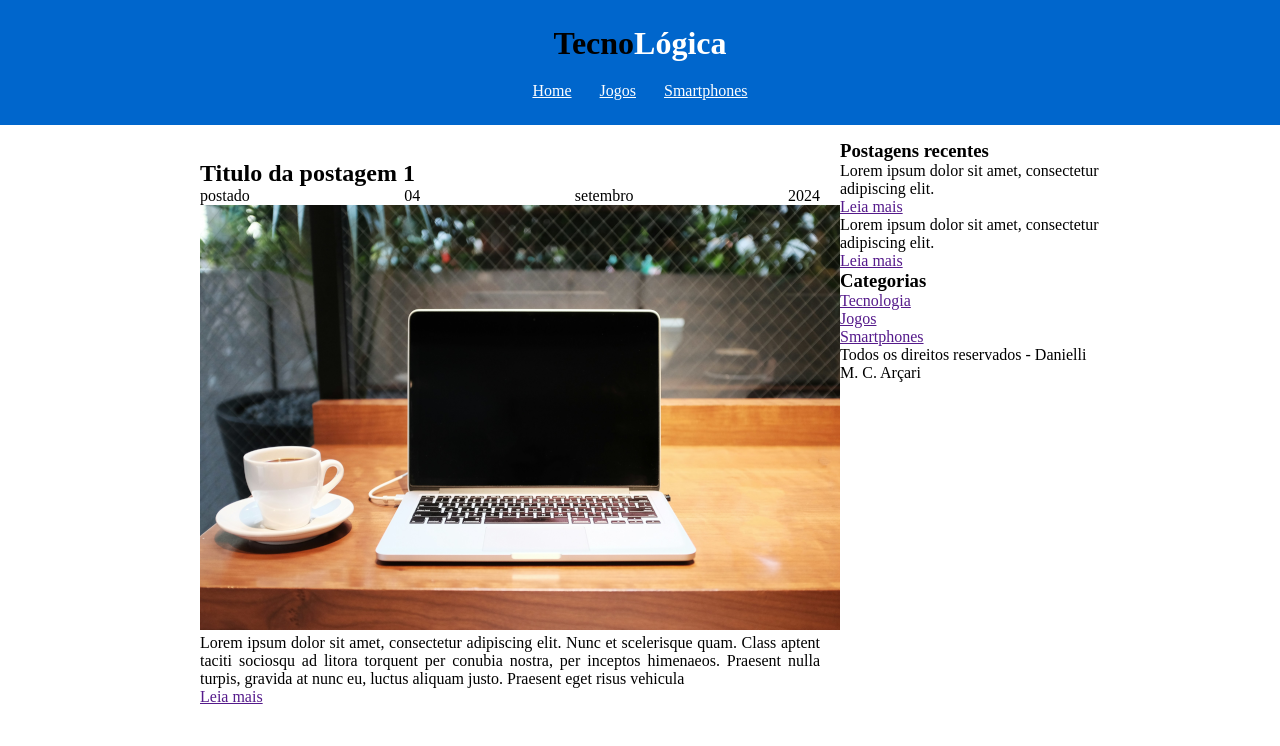
Repository: danielli-arcari/blog-html-css
Page: index.html
These files come from the project's save history. The page is drawn as it stood at one moment and after the next save; the edit follows.
The browser window is 1280 px wide. The pictures show the whole page.

Above is the page before, as saved 2026-03-10 16:32:35.

### index.html
<!DOCTYPE html>
<html lang="pt-br">

<head>
    <meta charset="UTF-8">
    <meta name="viewport" content="width=device-width, initial-scale=1.0">
    <title>TecnoLógica - Tudo sobre tecnologia</title>

    <link rel="stylesheet" href="css/style.css">
</head>

<body>

    <div id="header">

        <div id="logo">
            <h1>Tecno<span class="white">Lógica</span></h1>
        </div>

        <div id="menu">
            <a href="index.html">Home</a>
            <a href="jogos.html">Jogos</a>
            <a href="smartphones.html">Smartphones</a>
        </div>

    </div>

    <div id="content">

        <div id="posts">

            <!-- abertura postagem -->
            <div class="post">
                <h2>Titulo da postagem 1</h2>
                <span class="data-post">postado 04 setembro 2024</span>
                <img class="img-post" src="imagens/tecnologia01.png">
                <p>
                    Lorem ipsum dolor sit amet, consectetur adipiscing elit. Nunc et scelerisque quam. Class aptent taciti sociosqu ad litora torquent per conubia nostra, per inceptos himenaeos. Praesent nulla turpis, gravida at nunc eu, luctus aliquam justo. Praesent eget risus vehicula
                </p>
                <a href="">Leia mais</a>
            </div>
            <!--fechamento postagem -->

        </div>

        <div id="right-side">

            <div class="content-right">
                <h3>Postagens recentes</h3>

                <div class="post-right">
                    <p>Lorem ipsum dolor sit amet, consectetur adipiscing elit.</p>
                    <a href="">Leia mais</a>
                </div>

                <div class="post-right" style="border-bottom: none;">
                    <p>Lorem ipsum dolor sit amet, consectetur adipiscing elit.</p>
                    <a href="">Leia mais</a>
                </div>

            </div>

            <div class="content-right">
                <h3>Categorias</h3>

                <a href="">Tecnologia</a><br>
                <a href="">Jogos</a><br>
                <a href="">Smartphones</a><br>

            </div>

        </div>

        <div id="footer">
            Todos os direitos reservados - Danielli M. C. Arçari
        </div>

    </div>
</body>

</html>

### css/style.css
/*
***limpar formatações***
*/
*{
    margin: 0;
    padding: 0;
}
/*
***header***
*/
#header{
    background-color: #0066CC;
    padding: 15px;
    text-align: center;
}

#logo, #menu{
    padding: 10px;
}

#header a:link, #header a:visited{
    color: #FFFFFF;
    padding: 8px 12px;
}

#header a:hover{
    color: #0066CC;
    background: #FFFFFF;
    text-decoration: none;
}
.white{
    color: #FFFFFF;
}

/*
***conteúdo***
*/
#content{
    width: 920px;
    margin: 0 auto;
    padding: 15px;
}

#posts{
    width: 660px;
    float: left;
}

.post{
    padding: 20px;
    margin-bottom: 20px;
    background: #FFFFFF;
    text-align: justify;
}

After the next save:
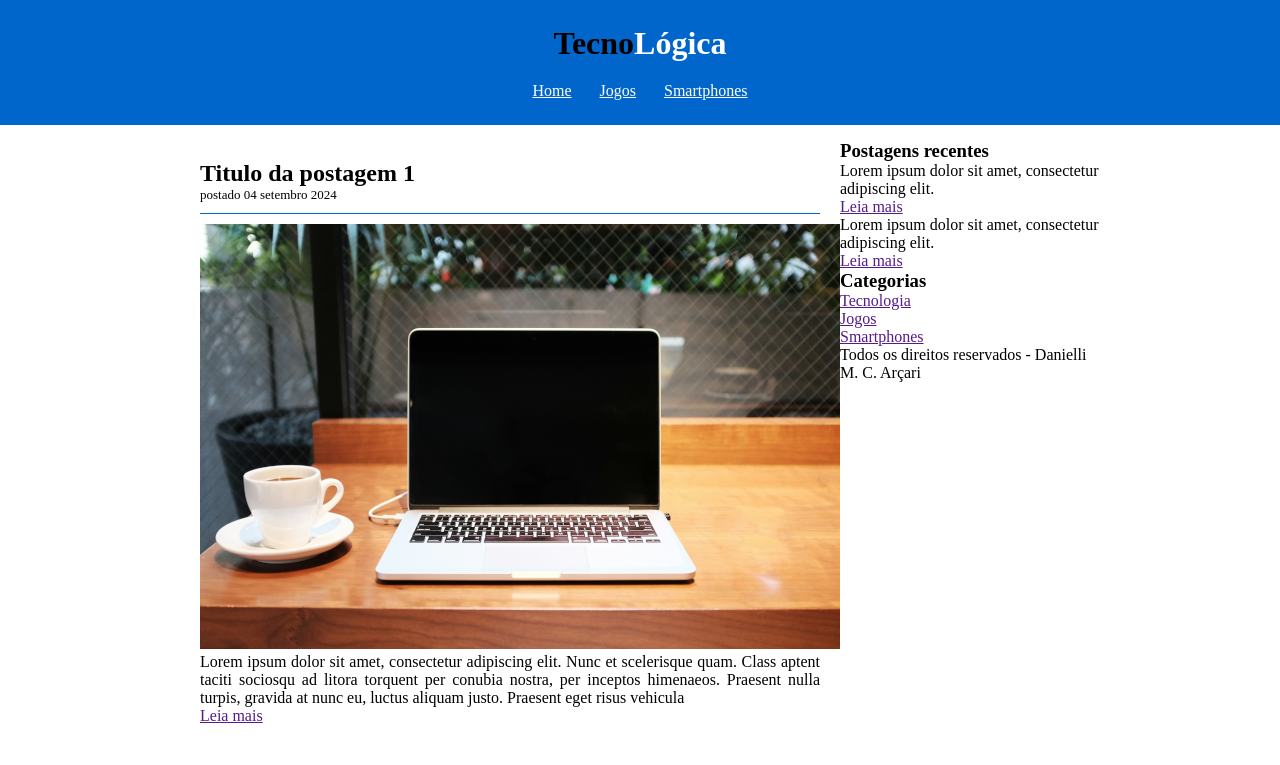
Saved 2 min 29 s later.
--- a/css/style.css
+++ b/css/style.css
@@ -52,3 +52,11 @@
     background: #FFFFFF;
     text-align: justify;
 }
+
+.data-post{
+    font-size: 13px;
+    border-bottom: 1px solid #0066CC;
+    padding-bottom: 10px;
+    margin-bottom: 10px;
+    display: block;
+}
